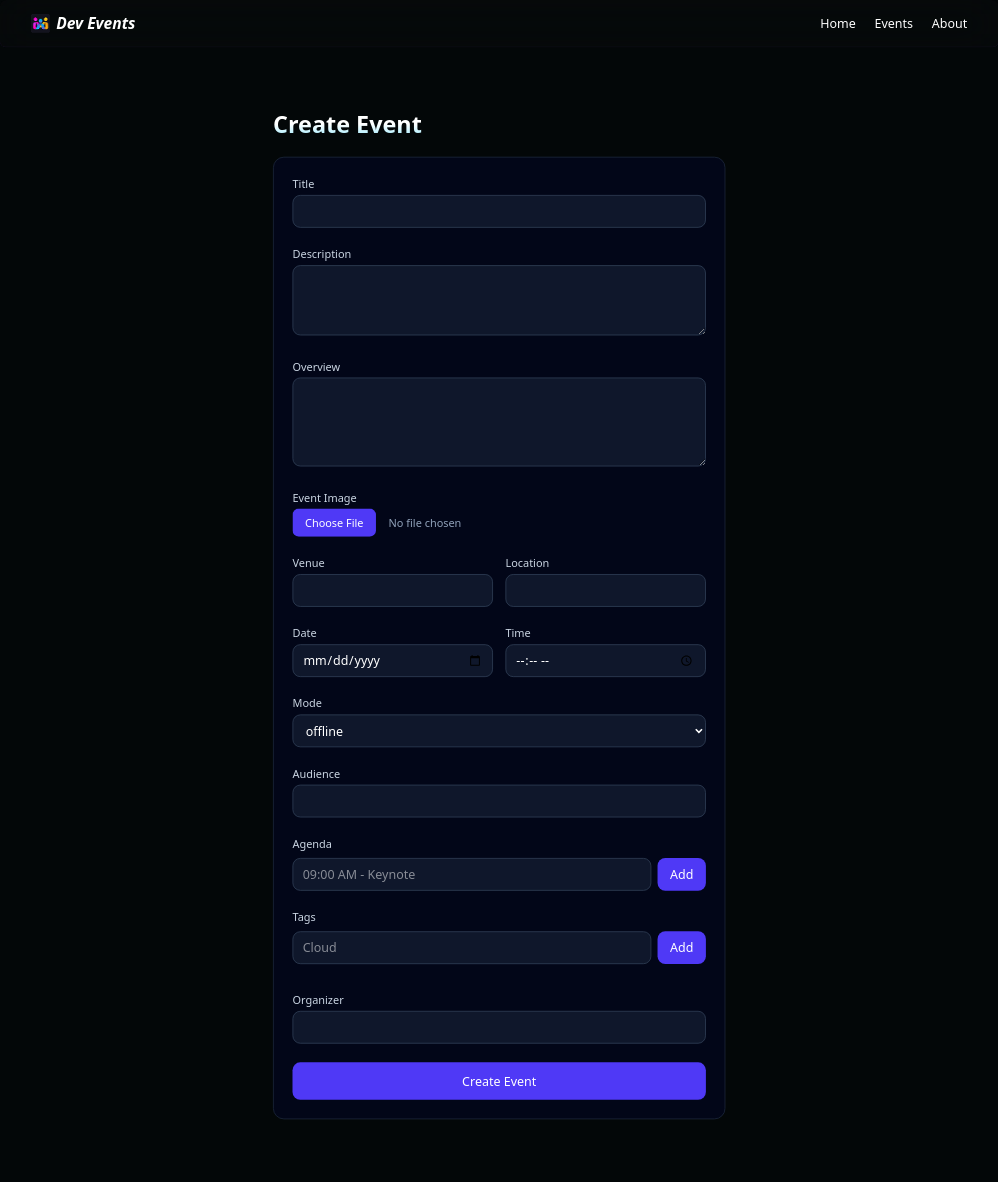
Repository: harshhariyani404/dev-events
Page: /createvent
The author's editor kept a copy of each file at every save. The page is drawn from the files as they stood at one save, then again after the next save.
The browser window is 1280 px wide. The pictures show the whole page, at 78% of full size.
The project was rebuilt for these pictures with package versions that can differ from the ones it lists, and the page was loaded fresh each time. The framework's server and built-in components were replaced by stand-ins that run in the browser. Also part of the build but not shown: next.config.ts.

Above is the page before, as saved 2026-02-10 11:26:58.

### app/layout.tsx
import type { Metadata } from "next";
import { Geist, Geist_Mono } from "next/font/google";
import "./globals.css";
import Navbar from "./components/Navbar";

const geistSans = Geist({
  variable: "--font-geist-sans",
  subsets: ["latin"],
});

const geistMono = Geist_Mono({
  variable: "--font-geist-mono",
  subsets: ["latin"],
});

export const metadata: Metadata = {
  title: "Dev Event App",
  description: "Generated by create next app",
};

export default function RootLayout({
  children,
}: Readonly<{
  children: React.ReactNode;
}>) {
  return (
    <html lang="en">
      <body
        className={`${geistSans.variable} ${geistMono.variable} antialiased`}
      >
        <Navbar />
        <main>
          {children}
        </main>

      </body>
    </html>
  );
}

### app/createvent/page.tsx
"use client";

import { useState, useRef } from "react";

export default function AboutPage() {
  const [title, setTitle] = useState("");
  const [description, setDescription] = useState("");
  const [overview, setOverview] = useState("");
  const [venue, setVenue] = useState("");
  const [location, setLocation] = useState("");
  const [date, setDate] = useState("");
  const [time, setTime] = useState("");
  const [mode, setMode] = useState("offline");
  const [audience, setAudience] = useState("");
  const [organizer, setOrganizer] = useState("");
  const [tags, setTags] = useState<string[]>([]);
  const [tagInput, setTagInput] = useState("");
  const [agenda, setAgenda] = useState<string[]>([]);
  const [agendaInput, setAgendaInput] = useState("");
  const [submitting, setSubmitting] = useState(false);
  const [message, setMessage] = useState<string | null>(null);

  const fileRef = useRef<HTMLInputElement | null>(null);
  const formRef = useRef<HTMLFormElement | null>(null);

  function addTag() {
    if (!tagInput.trim()) return;
    setTags((t) => [...t, tagInput.trim()]);
    setTagInput("");
  }

  function removeTag(i: number) {
    setTags((t) => t.filter((_, idx) => idx !== i));
  }

  function addAgenda() {
    if (!agendaInput.trim()) return;
    setAgenda((a) => [...a, agendaInput.trim()]);
    setAgendaInput("");
  }

  function removeAgenda(i: number) {
    setAgenda((a) => a.filter((_, idx) => idx !== i));
  }

  async function handleSubmit(e: React.FormEvent) {
    e.preventDefault();
    setSubmitting(true);
    setMessage(null);

    try {
      const form = new FormData();
      form.append("title", title);
      form.append("description", description);
      form.append("overview", overview);
      form.append("venue", venue);
      form.append("location", location);
      form.append("date", date);
      form.append("time", time);
      form.append("mode", mode);
      form.append("audience", audience);
      form.append("organizer", organizer);

      // API expects tags and agenda as JSON string values
      form.append("tags", JSON.stringify(tags));
      form.append("agenda", JSON.stringify(agenda));

      const file = fileRef.current?.files?.[0];
      if (file) form.append("image", file);

      const res = await fetch("/api/events", {
        method: "POST",
        body: form,
      });

      const data = await res.json();
      if (!res.ok) throw new Error(data?.message || "Failed to create event");

      setMessage("Event created successfully");
      formRef.current?.reset();
      setTags([]);
      setAgenda([]);
      setTitle("");
      setDescription("");
      setOverview("");
      setVenue("");
      setLocation("");
      setDate("");
      setTime("");
      setMode("offline");
      setAudience("");
      setOrganizer("");
    } catch (err) {
      setMessage(err instanceof Error ? err.message : String(err));
    } finally {
      setSubmitting(false);
    }
  }

  return (
    <main >
      <div className="mx-auto max-w-4xl">
        <h1 className="text-3xl font-semibold mb-6">Create Event</h1>

        <form
          ref={formRef}
          onSubmit={handleSubmit}
          className="space-y-6 rounded-xl border border-slate-800 bg-slate-950 p-6"
        >
          {/* Title */}
          <div>
            <label className="block text-sm mb-1 text-slate-300">Title</label>
            <input
              value={title}
              onChange={(e) => setTitle(e.target.value)}
              required
              className="w-full rounded-lg border border-slate-700 bg-slate-900 px-3 py-2 focus:border-indigo-500 focus:outline-none"
            />
          </div>

          {/* Description */}
          <div>
            <label className="block text-sm mb-1 text-slate-300">Description</label>
            <textarea
              value={description}
              onChange={(e) => setDescription(e.target.value)}
              required
              rows={3}
              className="w-full rounded-lg border border-slate-700 bg-slate-900 px-3 py-2 focus:border-green-200 focus:outline-none"
            />
          </div>

          {/* Overview */}
          <div>
            <label className="block text-sm mb-1 text-slate-300">Overview</label>
            <textarea
              value={overview}
              onChange={(e) => setOverview(e.target.value)}
              rows={4}
              className="w-full rounded-lg border border-slate-700 bg-slate-900 px-3 py-2 focus:border-green-200 focus:outline-none"
            />
          </div>

          {/* Image */}
          <div>
            <label className="block text-sm mb-1 text-slate-300">Event Image</label>
            <input
              type="file"
              ref={fileRef}
              accept="image/*"
              className="block w-full text-sm text-slate-400
            file:mr-4 file:rounded-md file:border-0
            file:bg-indigo-600 file:px-4 file:py-2
            file:text-white hover:file:bg-indigo-500"
            />
          </div>

          {/* Venue & Location */}
          <div className="grid grid-cols-1 md:grid-cols-2 gap-4">
            <div>
              <label className="block text-sm mb-1 text-slate-300">Venue</label>
              <input
                value={venue}
                onChange={(e) => setVenue(e.target.value)}
                className="w-full rounded-lg border border-slate-700 bg-slate-900 px-3 py-2"
              />
            </div>

            <div>
              <label className="block text-sm mb-1 text-slate-300">Location</label>
              <input
                value={location}
                onChange={(e) => setLocation(e.target.value)}
                className="w-full rounded-lg border border-slate-700 bg-slate-900 px-3 py-2"
              />
            </div>
          </div>

          {/* Date & Time */}
          <div className="grid grid-cols-1 md:grid-cols-2 gap-4">
            <div>
              <label className="block text-sm mb-1 text-slate-300">Date</label>
              <input
                type="date"
                value={date}
                onChange={(e) => setDate(e.target.value)}
                className="w-full rounded-lg border border-slate-700 bg-slate-900 px-3 py-2"
              />
            </div>

            <div>
              <label className="block text-sm mb-1 text-slate-300">Time</label>
              <input
                type="time"
                value={time}
                onChange={(e) => setTime(e.target.value)}
                className="w-full rounded-lg border border-slate-700 bg-slate-900 px-3 py-2"
              />
            </div>
          </div>

          {/* Mode */}
          <div>
            <label className="block text-sm mb-1 text-slate-300">Mode</label>
            <select
              value={mode}
              onChange={(e) => setMode(e.target.value)}
              className="w-full rounded-lg border border-slate-700 bg-slate-900 px-3 py-2"
            >
              <option value="online">online</option>
              <option value="offline">offline</option>
              <option value="hybrid">hybrid</option>
            </select>
          </div>

          {/* Audience */}
          <div>
            <label className="block text-sm mb-1 text-slate-300">Audience</label>
            <input
              value={audience}
              onChange={(e) => setAudience(e.target.value)}
              className="w-full rounded-lg border border-slate-700 bg-slate-900 px-3 py-2"
            />
          </div>

          {/* Agenda */}
          <div>
            <label className="block text-sm mb-2 text-slate-300">Agenda</label>
            <div className="flex gap-2 mb-3">
              <input
                value={agendaInput}
                onChange={(e) => setAgendaInput(e.target.value)}
                className="flex-1 rounded-lg border border-slate-700 bg-slate-900 px-3 py-2"
                placeholder="09:00 AM - Keynote"
              />
              <button
                type="button"
                onClick={addAgenda}
                className="rounded-lg bg-indigo-600 px-4 py-2 hover:bg-indigo-500"
              >
                Add
              </button>
            </div>

            <ul className="space-y-2">
              {agenda.map((a, i) => (
                <li
                  key={i}
                  className="flex items-center justify-between rounded-md border border-slate-800 bg-slate-900 px-3 py-2 text-sm"
                >
                  {a}
                  <button
                    type="button"
                    onClick={() => removeAgenda(i)}
                    className="text-red-400 hover:text-red-500"
                  >
                    Remove
                  </button>
                </li>
              ))}
            </ul>
          </div>

          {/* Tags */}
          <div>
            <label className="block text-sm mb-2 text-slate-300">Tags</label>
            <div className="flex gap-2 mb-3">
              <input
                value={tagInput}
                onChange={(e) => setTagInput(e.target.value)}
                className="flex-1 rounded-lg border border-slate-700 bg-slate-900 px-3 py-2"
                placeholder="Cloud"
              />
              <button
                type="button"
                onClick={addTag}
                className="rounded-lg bg-indigo-600 px-4 py-2 hover:bg-indigo-500"
              >
                Add
              </button>
            </div>

            <ul className="flex flex-wrap gap-2">
              {tags.map((t, i) => (
                <li
                  key={i}
                  className="flex items-center gap-2 rounded-full bg-indigo-600/20 px-3 py-1 text-sm text-indigo-300"
                >
                  {t}
                  <button
                    type="button"
                    onClick={() => removeTag(i)}
                    className="text-red-400 hover:text-red-500"
                  >
                    ✕
                  </button>
                </li>
              ))}
            </ul>
          </div>

          {/* Organizer */}
          <div>
            <label className="block text-sm mb-1 text-slate-300">Organizer</label>
            <input
              value={organizer}
              onChange={(e) => setOrganizer(e.target.value)}
              className="w-full rounded-lg border border-slate-700 bg-slate-900 px-3 py-2"
            />
          </div>

          {/* Submit */}
          <button
            type="submit"
            disabled={submitting}
            className="w-full rounded-lg bg-indigo-600 py-3 font-medium hover:bg-indigo-500 disabled:opacity-60"
          >
            {submitting ? "Creating…" : "Create Event"}
          </button>

          {message && (
            <p className="rounded-lg border border-slate-800 bg-slate-900 p-3 text-sm">
              {message}
            </p>
          )}
        </form>
      </div>
    </main>

  );
}

### app/components/Navbar.tsx
import Link from "next/link";
import Image from "next/image";
import logo from '../../public/icons/logo.png';
const Navbar = () => {
  return (
    <header>
        <nav>
            <Link href="/" className="logo">
                <Image src={logo} alt="logo" width={24} height={24} />
                <p>Dev Events</p>
            </Link>
            <ul>
                <Link href="/">Home</Link>
                <Link href="#events">Events</Link>
                <Link href="/createvent">About</Link>
            </ul>
        </nav>
    </header>
  );
}

export default Navbar;

Loaded but not shown: app/globals.css (309 lines, source omitted)

After the next save:
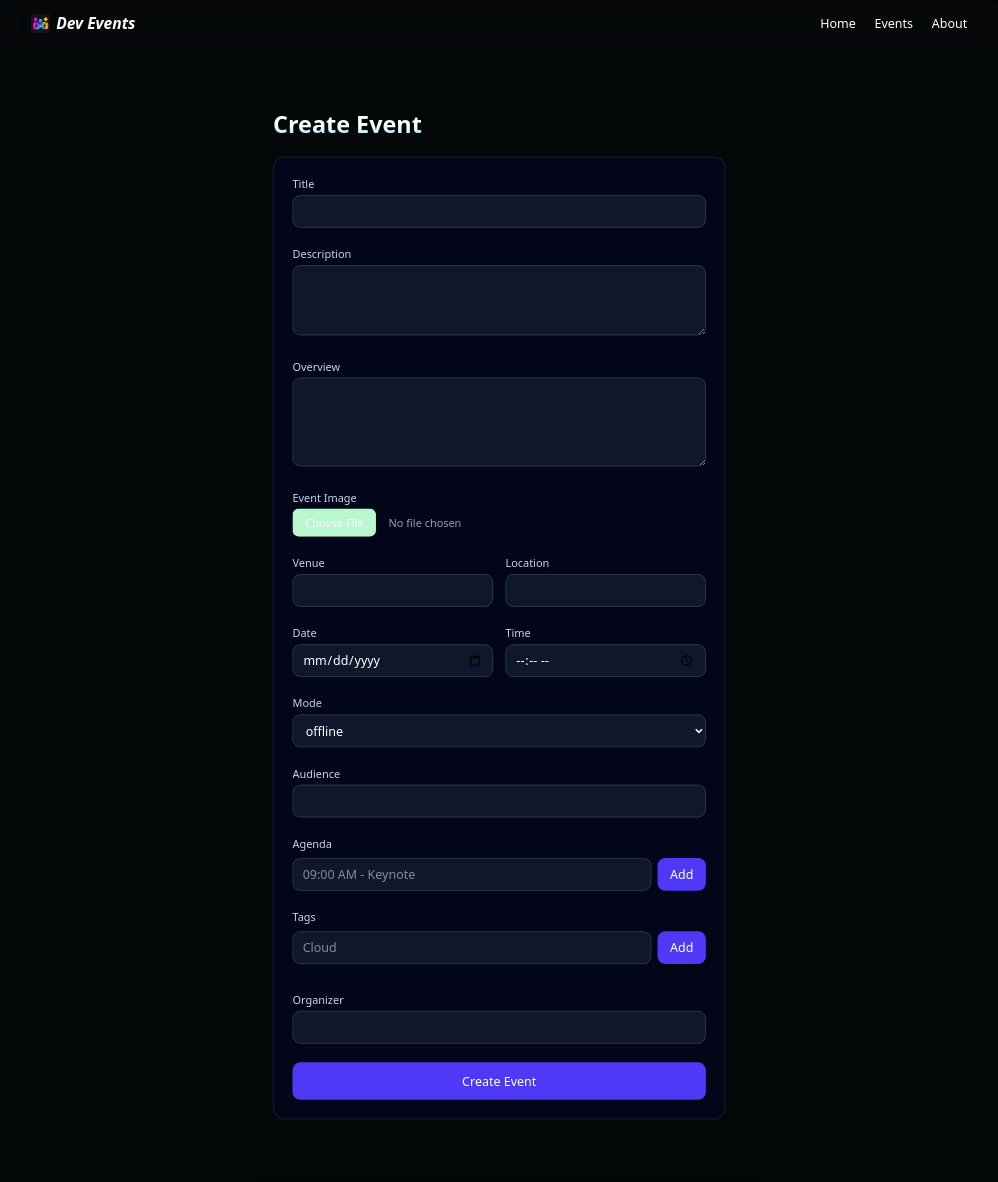
Saved 67 s later.
--- a/app/createvent/page.tsx
+++ b/app/createvent/page.tsx
@@ -150,7 +150,7 @@
               accept="image/*"
               className="block w-full text-sm text-slate-400
             file:mr-4 file:rounded-md file:border-0
-            file:bg-indigo-600 file:px-4 file:py-2
+            file:bg-green-200 file:px-4 file:py-2
             file:text-white hover:file:bg-indigo-500"
             />
           </div>

After the save that followed:
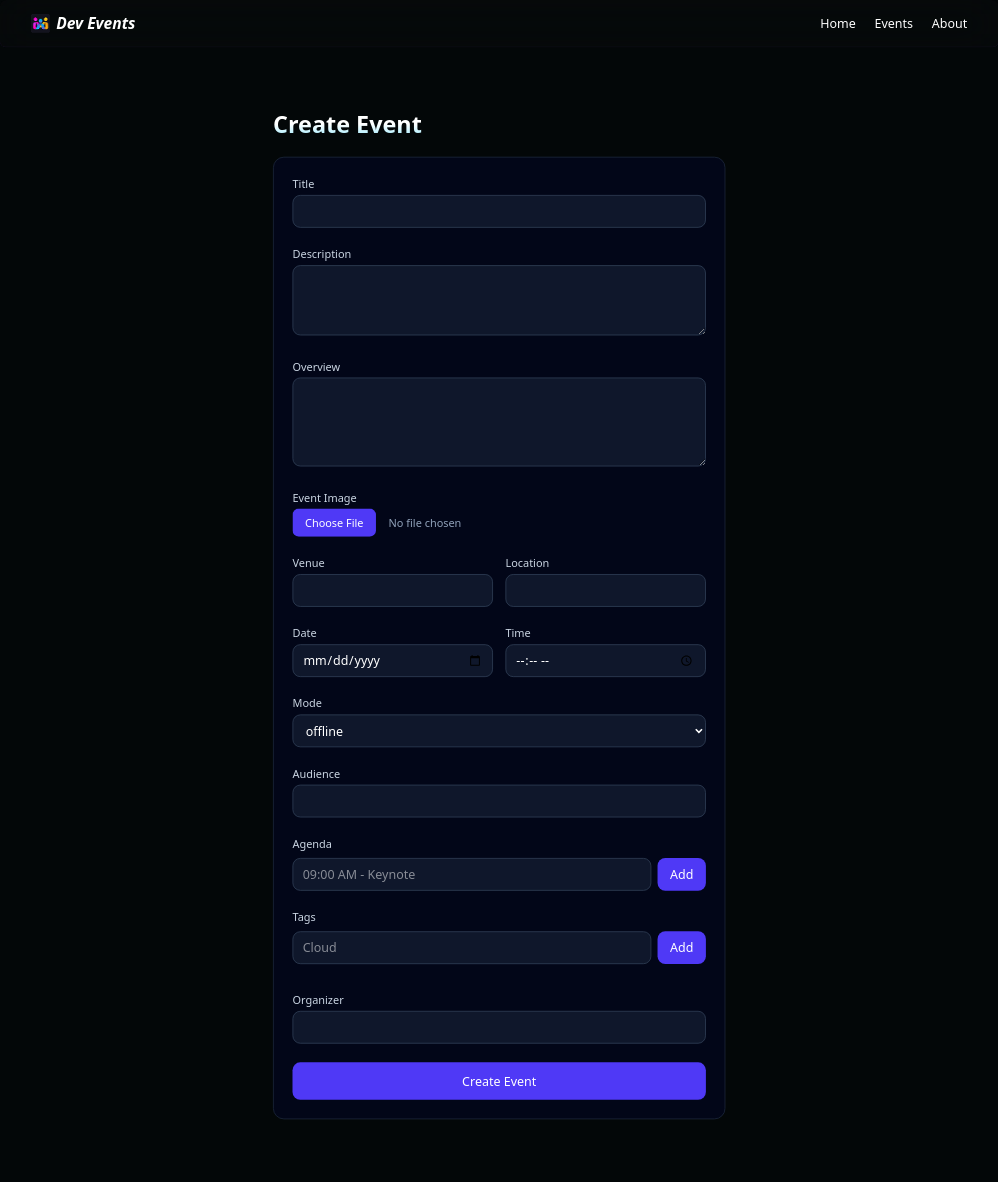
Saved 12 s later.
--- a/app/createvent/page.tsx
+++ b/app/createvent/page.tsx
@@ -126,7 +126,7 @@
               onChange={(e) => setDescription(e.target.value)}
               required
               rows={3}
-              className="w-full rounded-lg border border-slate-700 bg-slate-900 px-3 py-2 focus:border-green-200 focus:outline-none"
+              className="w-full rounded-lg border border-slate-700 bg-slate-900 px-3 py-2 focus:border-indigo-500 focus:outline-none"
             />
           </div>
 
@@ -137,7 +137,7 @@
               value={overview}
               onChange={(e) => setOverview(e.target.value)}
               rows={4}
-              className="w-full rounded-lg border border-slate-700 bg-slate-900 px-3 py-2 focus:border-green-200 focus:outline-none"
+              className="w-full rounded-lg border border-slate-700 bg-slate-900 px-3 py-2 focus:border-indigo-500 focus:outline-none"
             />
           </div>
 
@@ -150,7 +150,7 @@
               accept="image/*"
               className="block w-full text-sm text-slate-400
             file:mr-4 file:rounded-md file:border-0
-            file:bg-green-200 file:px-4 file:py-2
+            file:bg-indigo-600 file:px-4 file:py-2
             file:text-white hover:file:bg-indigo-500"
             />
           </div>
